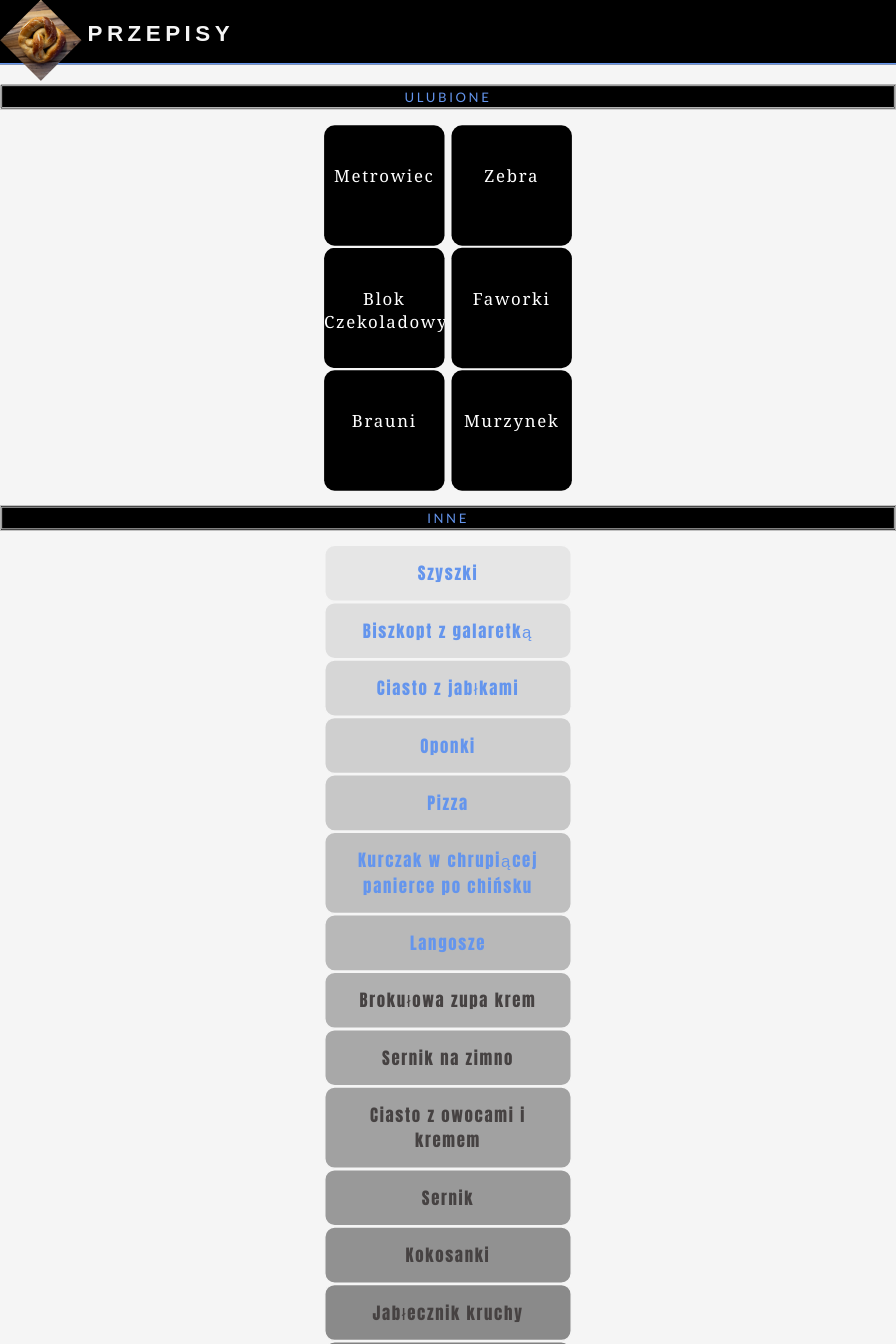
Repository: yaoayh/przepisy
Page: index.html
The author's editor kept a copy of each file at every save. The page is drawn from the files as they stood at one save, then again after a run of saves.
The browser window is 1280 px wide. The pictures show the part of the page from y = 0 to 1920 px (the page is 3159 px tall before and 3189 px after), at 70% of full size.

Above is the page before, as saved 2020-08-14 00:18:44.

After the next 2 saves:
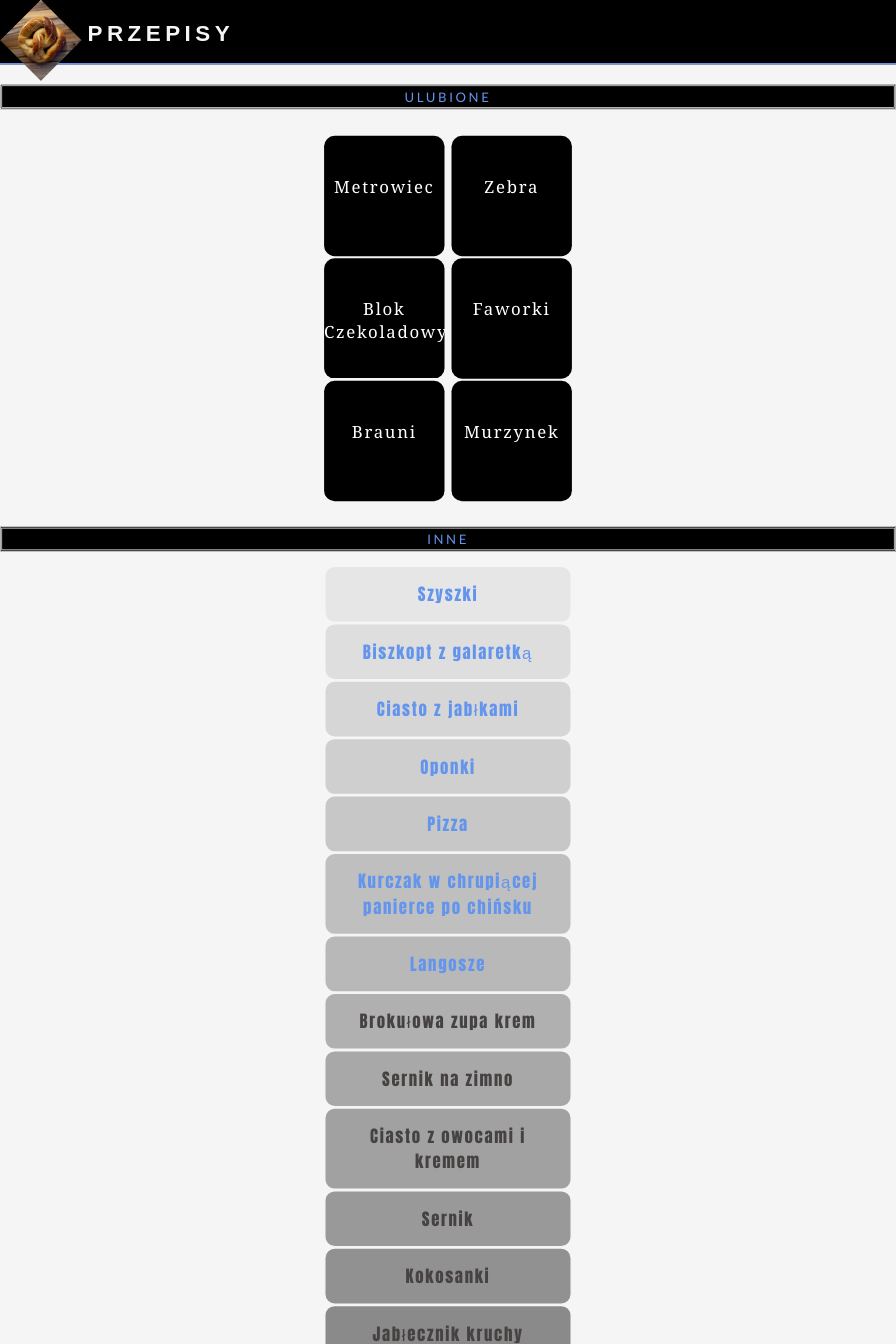
The 2 saves are shown as one change because they came seconds apart.
The last was saved 20 s later.
--- a/css/styles.css
+++ b/css/styles.css
@@ -69,7 +69,7 @@ form.head_Sqares {
     height: 531px; /*531px;*/
     width: 354px;/*354px;*/
     background-color: whitesmoke;
-    padding: 5px;}
+    padding: 20px;}
 
 .sqares_Left, .sqares_Right {
     text-decoration: none;
